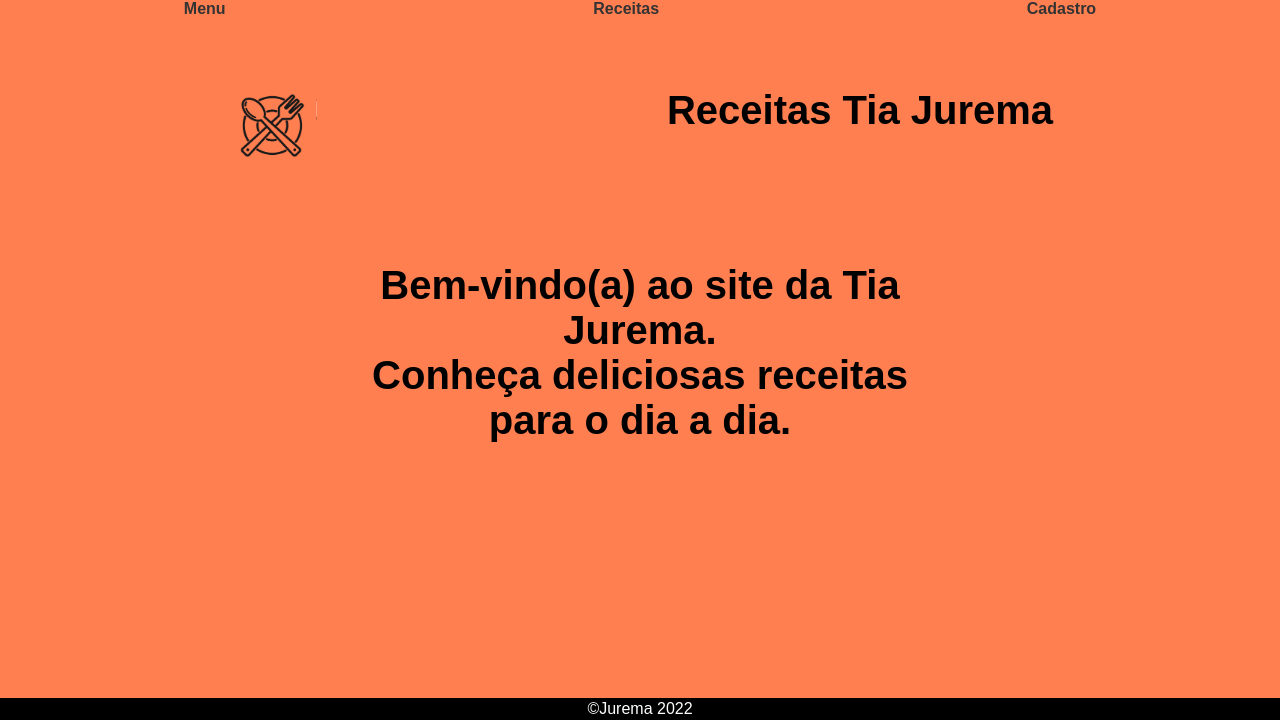
Repository: devropaes/RECEITAS
Page: OneDrive/Área de Trabalho/Estudos/Estácio/receitas/menu.html
These files come from the project's save history. The page is drawn as it stood at one moment and after the next save; the edit follows.
The browser window is 1280 px wide. The pictures show the whole page.
Some web libraries are served in a nearby version.

Above is the page before, as saved 2024-03-12 15:35:23.

### OneDrive/Área de Trabalho/Estudos/Estácio/receitas/menu.html
<!DOCTYPE html>
<html lang="pt-br" >
<head>
  <head>
    <meta charset="UTF-8">
    <meta http-equiv="X-UA-Compatible" content="IE=edge">
    <meta name="viewport" content="width=device-width, initial-scale=1.0">
    <script src="https://kit.fontawesome.com/a076d05399.js" crossorigin="anonymous"></script>
    <link rel="stylesheet" href="./menu.css">

    <title>Menu</title>

 </head>
<body>

  <ul class="navlist">
      <li><a href="home.html">Menu</a></li>
      <li><a href="receitas.html">Receitas</a></li>
      <LI><a href="cadastro.html">Cadastro</a></LI>
 </ul>

  <main class="content">
    <div class="logo-container">
        <img src="./assets/Foto3.png" class="logo">
              <a class = "receitas__tia__jurema"> <strong>Receitas Tia Jurema</strong> </a>
    </div>
          <div class="apresentacao">
              <h1>Bem-vindo(a) ao site da Tia Jurema.</h1>
              <h1>Conheça deliciosas receitas para o dia a dia.</h1>
          </div>

  </main>



      <footer class="rodape">
           <p>&copy;Jurema 2022 </p>
      </footer>
</body>
</html>

### OneDrive/Área de Trabalho/Estudos/Estácio/receitas/menu.css


:root {
    --cor-primaria: #ff7f50;
    --cor-secundaria: #333;
    --cor-terciaria: #000;
    --cor-hover: #fff;
    --font-primaria: "Arial, Helvetica", sans-serif;
    --font-secundaria: "Krona-One", sans-serif;
}

* {
    margin: 0;
    padding: 0;
    box-sizing: border-box;
}

body {
    background-color: var(--cor-primaria);
    font-family: var(--font-secundaria);
    font-size: 1em;
    font-weight: 400;
    text-align: center;
}

.navlist {
    list-style: none;
    padding: 0;
    display: flex;
    justify-content: space-around;
    color: var(--cor-secundaria);
    font-weight: 600;
    margin-bottom: 70px;
}

.navlist a {
    text-decoration: none;
    color: var(--cor-secundaria);
    font-size: 16px;
    font-weight: 600;
    font-family: var(--font-primaria);

}
.logo-container {
    display: flex;
    align-items: center;
    margin-bottom: 50px;
}

.logo {
    width: 90px;
    margin-right: 30px;

}

.receitas__tia__jurema {
    font-size: 2.5em;
    margin-bottom: 30px;


}

.content {
    display: flex;
    flex-direction: column;
    align-items: center;
    justify-content: center;
    text-align: center;

}

.apresentacao {
    font-size: 1.25em;
    text-align:inherit;
    padding: 50px;
    width: 50%; /* Ajuste conforme necessário */
    margin: auto;
}

/* Adicione esta regra para alinhar o logo à esquerda da Receitas Tia Jurema */
..content {
    display: flex;
    align-items: center;
}

.logo {
    margin-right: 350px; /* Ajuste conforme necessário */
    align-items:flex-end;
}

.rodape {
    background-color: var(--cor-terciaria);
    color: var(--cor-hover);
    text-align: center;
    padding: 2px;
    position: fixed;
    border-bottom: var(--cor-hover);
    left: 0;
    bottom: 0%;
    width: 100%;
    max-width: 100%;
}

After the next save:
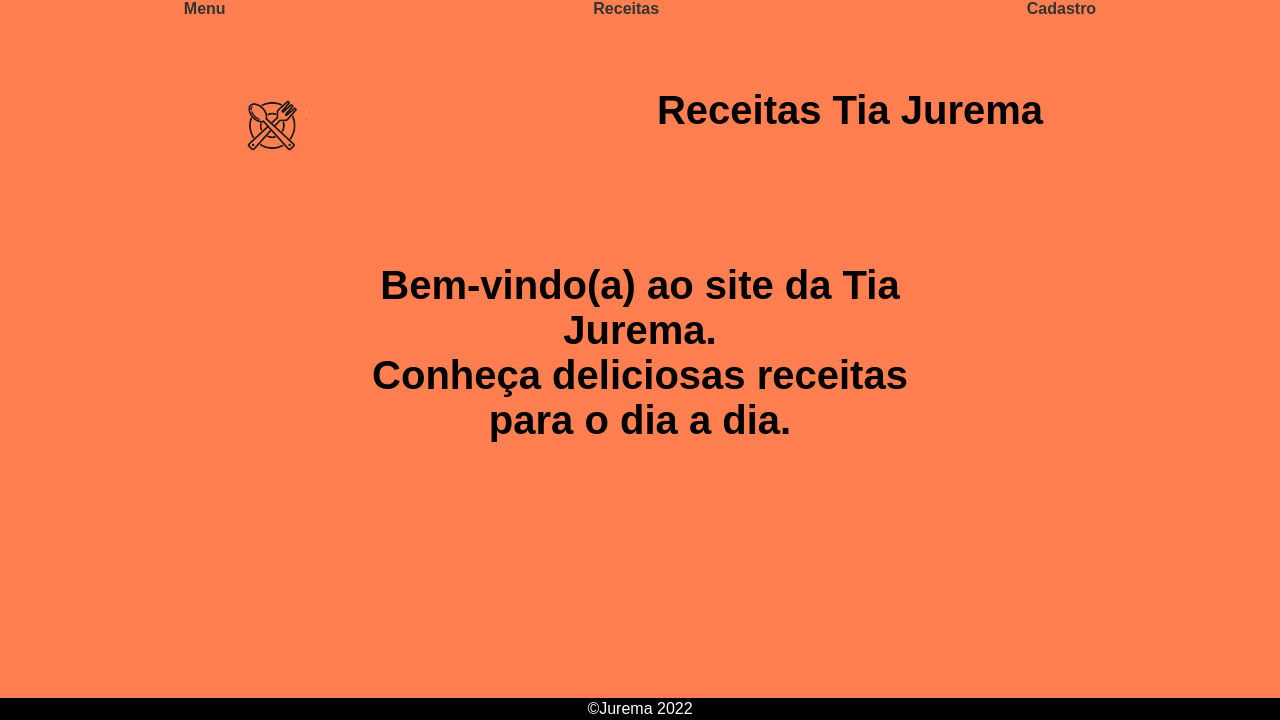
Saved 35 s later.
--- a/OneDrive/Área de Trabalho/Estudos/Estácio/receitas/menu.css
+++ b/OneDrive/Área de Trabalho/Estudos/Estácio/receitas/menu.css
@@ -84,8 +84,9 @@ body {
 }
 
 .logo {
+    width: 70px;
     margin-right: 350px; /* Ajuste conforme necessário */
-    align-items:flex-end;
+    align-items:;
 }
 
 .rodape {

After the 2 saves that followed:
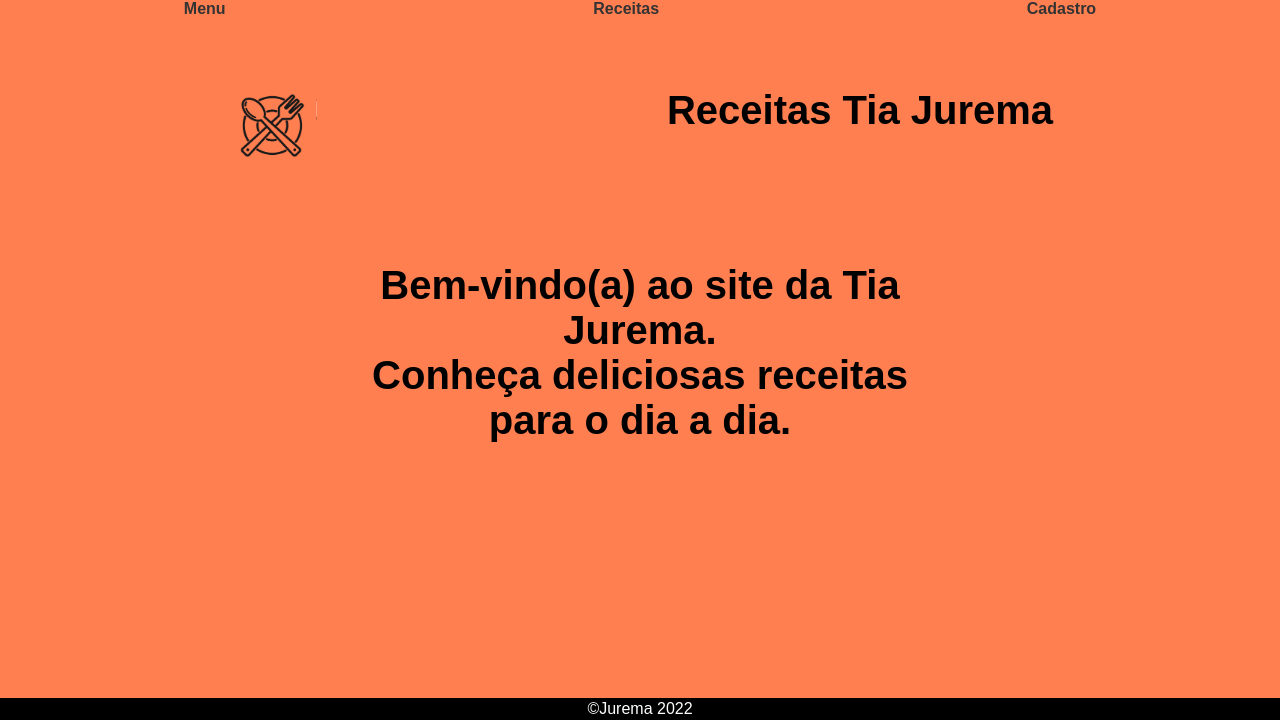
The 2 saves are shown as one change because 1 left the picture as it was.
The last was saved 15 s later.
--- a/OneDrive/Área de Trabalho/Estudos/Estácio/receitas/menu.css
+++ b/OneDrive/Área de Trabalho/Estudos/Estácio/receitas/menu.css
@@ -84,9 +84,9 @@ body {
 }
 
 .logo {
-    width: 70px;
+    width: 90px;
     margin-right: 350px; /* Ajuste conforme necessário */
-    align-items:;
+
 }
 
 .rodape {
